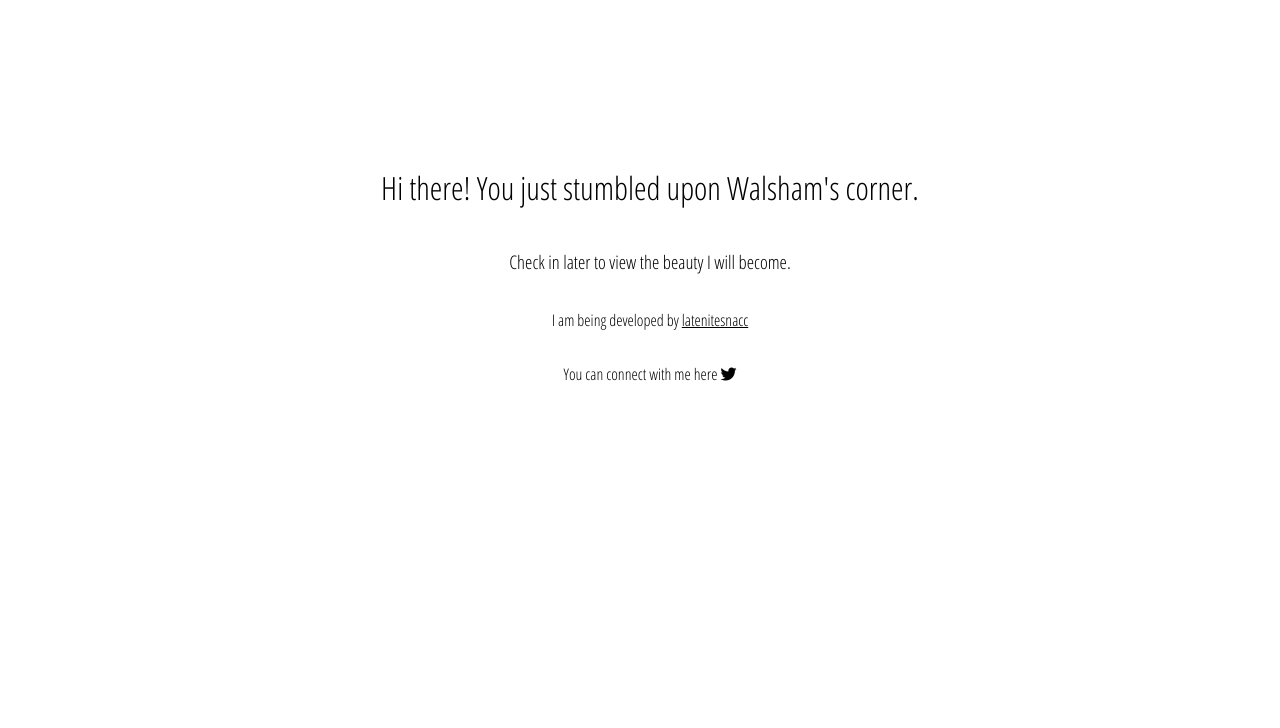
Repository: latenightsnacc/Coming-Soon-Pages
Page: index.html
An editor plug-in stored every save of this project. The page is shown before and after the next save, followed by the edit.
The browser window is 1280 px wide. The pictures show the whole page.
Some web libraries are served in a nearby version.

Above is the page before, as saved 2020-10-13 16:14:33.

After the next save:
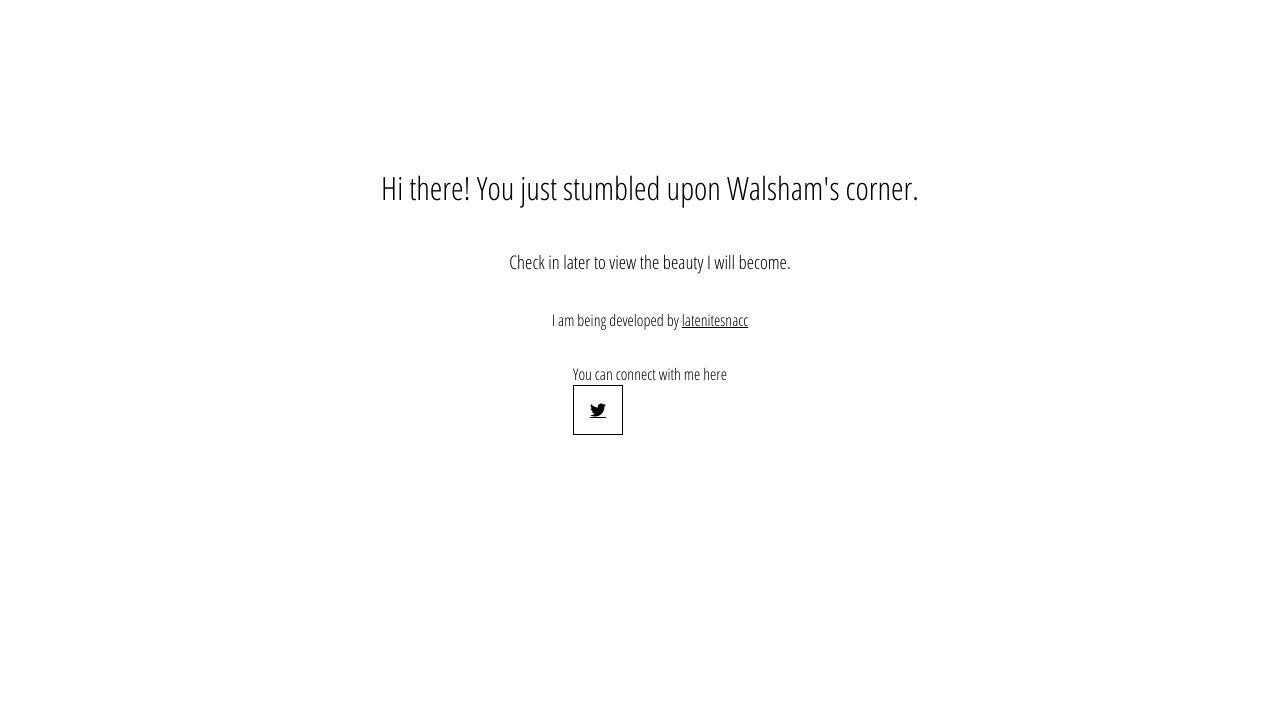
Saved 12 s later.
--- a/index.html
+++ b/index.html
@@ -32,7 +32,7 @@
         a:hover {
             color: rgb(214, 16, 214);
         }
-        a.cirlce {
+        a.circle {
             height: 50px;
             width: 50px;
             display: flex;
